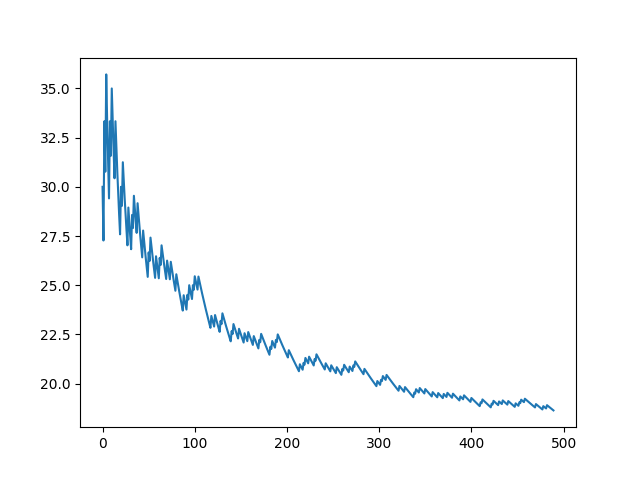
Repository: Vorztek/Data
Script's output: python Exercices_Python/Old_project/Maths_and_algorithms/Première_série_exo/génération_nombre_premiers.py
The author's editor kept a copy of each file at every save. The script's output is drawn from the files as they stood at one save, then again after the next save.
Random numbers start from a fixed seed.

Above is the script's output before, as saved 2021-07-28 14:24:55.

After the next save:
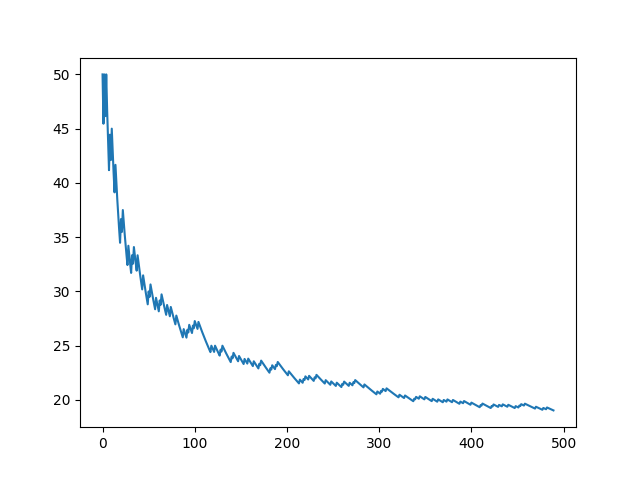
Saved 6 s later.
--- a/Exercices_Python/Old_project/Maths_and_algorithms/Première_série_exo/génération_nombre_premiers.py
+++ b/Exercices_Python/Old_project/Maths_and_algorithms/Première_série_exo/génération_nombre_premiers.py
@@ -2,7 +2,7 @@ import matplotlib.pyplot as plt
 import numpy as np
 
 def is_prime(p):
-    if p < 3:
+    if p < 1:
         return False
     for j in range(2, p):
         if p % j == 0:
